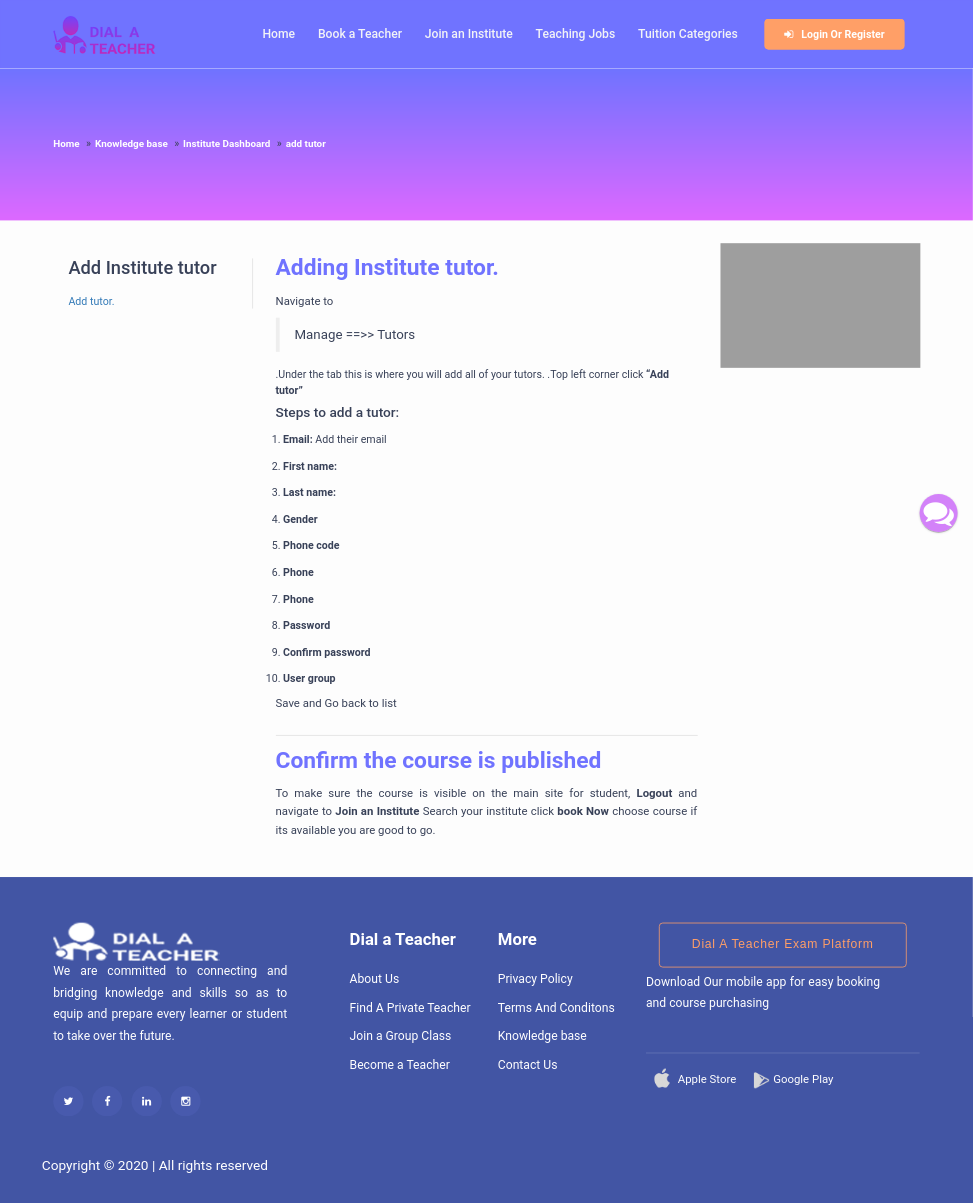
Repository: Samkiroko/DAT_knowledge
Page: knowledge_base/add_institute_tutor.html
An editor plug-in stored every save of this project. The page is shown before and after the next save, followed by the edit.
The browser window is 1280 px wide. The pictures show the whole page, at 76% of full size.
Pictures or frames that could not be fetched are drawn as grey boxes.

Above is the page before, as saved 2020-12-18 12:36:39.
Console error: TypeError: e.indexOf is not a function

### knowledge_base/add_institute_tutor.html
<!DOCTYPE html>
<html lang="en" dir="ltr">


  <!-- Mirrored from dialateacher.co.ke/faqs by HTTrack Website Copier/3.x [XR&CO'2014], Sat, 12 Dec 2020 12:13:42 GMT -->
  <!-- Added by HTTrack -->
  <meta http-equiv="content-type" content="text/html;charset=UTF-8" /><!-- /Added by HTTrack -->

  <head>
    <title>
      Dial a Teacher</title>
    <meta charset="utf-8">
    <meta http-equiv="X-UA-Compatible" content="IE=edge">
    <meta name="viewport" content="width=device-width, initial-scale=1">

    <meta name="description" content="Test Meta Description Value">

    <meta name="keywords" content="Test Meta Keyword Value ">
    <meta name="author" content="">
    <link rel="shortcut icon" href="/assets/uploads/settings/thumbs/setting_152.png" />



    <!-- HTML5 Shim and Respond.js IE8 support of HTML5 elements and media queries -->
    <!-- WARNING: Respond.js doesn't work if you view the page via file:// -->
    <!--[if lt IE 9]>
           <script src="https://oss.maxcdn.com/libs/html5shiv/3.7.0/html5shiv.js"></script>
           <script src="https://oss.maxcdn.com/libs/respond.js/1.4.2/respond.min.js"></script>
       <![endif]-->

    <link rel="shortcut icon" href="/assets/uploads/settings/thumbs/setting_152.png" />

    <link rel="stylesheet" type="text/css" href="/assets/front/css/main.css">



  </head>

  <body>
    <!-- Preloader -->
    <!-- <div id="preloader">
        <div id="status">&nbsp;</div>
    </div> -->
    <!-- Ends Preloader -->
    <!-- Nagigation -->
    <nav class="navbar navbar-default yamm">
      <div class="container">
        <!-- Brand and toggle get grouped for better mobile display -->
        <div class="navbar-header">
          <button type="button" class="navbar-toggle" data-toggle="collapse" data-target="#mega-nav-menu">
            <span class="sr-only">Toggle navigation</span>
            <span class="icon-bar"></span>
            <span class="icon-bar"></span>
            <span class="icon-bar"></span>
          </button>

          <a href="index.html"><img src="/assets/uploads/settings/setting_35.png" class="logo " alt="logo"></a>
        </div>

        <!-- Collect the nav links, mega-menu, vertical-menu and other content for toggling -->
        <div class="collapse navbar-collapse" id="mega-nav-menu">
          <ul class="nav navbar-nav navbar-right">
            <li><a class="" href="index.html"> Home </a></li>

            <li><a class="" href="search-tutor.html"> Book a Teacher </a></li>

            <li><a class="" href="search-institute.html"> Join an Institute </a></li>

            <li><a class="" href="search-student-leads.html" title="Find Student Leads"> Teaching Jobs </a>
            </li>



            <li><a class="" href="courses.html"> Tuition Categories</a></li>


            <li>
              <a href="auth/login.html"> <span class="nav-btn"> <i class="fa  fa-sign-in"></i> &nbsp;
                  Login <span class="hidden-navbtn">Or Register</span></span>
              </a>
            </li>

          </ul>
        </div>
        <!-- /.navbar-collapse -->
      </div>
    </nav>
    <!-- Ends Navigation -->
    <!-- breadcrumb Start-->
    <!-- slider Area Start-->
    <section class="slider-area slider-area2">
      <div class="slider-active">
        <!-- Single Slider -->
        <div class="single-slider slider-height2">
          <div class="container">
            <div class="row">
              <div class="col-xl-8 col-lg-11 col-md-12">
                <div class="hero__caption hero__caption2">
                  <!-- breadcrumb Start-->
                  <nav aria-label="breadcrumb">
                    <ol class="breadcrumb">
                      <li class="breadcrumb-item text-white">
                        <a href="/index.html" class="text-white">
                          Home
                        </a>
                      </li>
                      <li class="breadcrumb-item"><a href="/faqs.html" class="text-white">Knowledge base</a></li>
                      <li class="breadcrumb-item"><a href="/knowledge_base/instDashboard.html"
                          class="text-white">Institute
                          Dashboard</a>
                      </li>
                      <li class="breadcrumb-item"><a href="/knowledge_base/add_institute_tutor.html"
                          class="text-white">add tutor</a>
                      </li>
                    </ol>
                  </nav>
                  <!-- breadcrumb End -->
                </div>
              </div>
            </div>
          </div>
        </div>
      </div>
    </section>
    <!-- breadcrumb End -->
    <!--===============================
   !--=====================================
=            article-section            =
======================================-->
    <div class="mwb-article-section section mt-5" id="article-section">
      <div class="container">
        <div class="mwb-article-section__wrapper">
          <div class="row">
            <div class="col-lg-3 col-md-3 col-sm-3 col-xs-12 position-sticky">
              <div class="mwb-admin-wrap__category-list">
                <h3>Add Institute tutor</h3>
                <ul class="mwb-admin-wrap__list-items">
                  <li class="mwb-admin-wrap__items">
                    <a href="#sec1">Add tutor.</a>
                  </li>

                </ul>
              </div>
            </div>
            <div class="col-lg-6 col-md-6 col-sm-6 col-xs-12">

              <div class="mwb-article-section__content-wrap" id="sec1">

                <div class="mwb-article-section__content-wrap" id="sec2">
                  <h2>Adding Institute tutor.</h2>
                  <p>Navigate to
                  <blockquote>
                    Manage ==>> Tutors
                  </blockquote>.Under the tab this is where you will add all of your tutors.
                  .Top left corner click <b><q>Add tutor</q></b></p>
                  <h4>Steps to add a tutor:</h4>
                  <ol class="mwb-article-section__ordr-list">
                    <li> <b>Email:</b> Add their email</li>

                    <li><b>First name:</b></li>
                    <li> <b>Last name:</b></li>
                    <li><b>Gender</b></li>
                    <li><b>Phone code</b></li>
                    <li><b>Phone</b></li>
                    <li><b>Phone</b></li>
                    <li><b>Password</b></li>
                    <li><b>Confirm password</b></li>
                    <li><b>User group</b></li>
                  </ol>
                  <p>Save and Go back to list</p>
                </div>
                <div class="mwb-article-section__content-wrap" id="sec3">
                  <h2>Confirm the course is published</h2>
                  <p>To make sure the course is visible on the main site for student,
                    <b>Logout</b> and navigate to <b>Join an Institute</b> Search your institute click <b>book
                      Now</b> choose course if its available you are good to go.
                  </p>
                </div>
              </div>
            </div>
            <div class="col-lg-3 col-md-3 col-sm-3 col-xs-12" id="myScrollspy">
              <div class="dist-menu-tab-fix">
                <div class="holder">
                  <div style="position: relative; padding-bottom: 62.5%; height: 0;"><iframe
                      src="https://www.loom.com/embed/127dbdd8785840569e74e864511ae5f3" frameborder="0"
                      webkitallowfullscreen mozallowfullscreen allowfullscreen
                      style="position: absolute; top: 0; left: 0; width: 100%; height: 100%;"></iframe></div>
                </div>

                <div class="modal fade" id="videoModal" tabindex="-1" role="dialog" aria-labelledby="videoModal"
                  aria-hidden="true">
                  <div class="modal-dialog modal-lg" role="document">
                    <div class="modal-content">
                      <button type="button" class="close btn-round btn-primary" data-dismiss="modal" aria-label="Close">
                        <span aria-hidden="true">&times;</span>
                      </button>
                      <div class="embed-responsive embed-responsive-16by9">
                        <iframe class="embed-responsive-item" src="" allowfullscreen></iframe>
                      </div>
                    </div>
                  </div>
                </div>
              </div>
            </div>
          </div>
        </div>
      </div>
    </div>
    <!--====  End of article-section  ====-->
    <!-- Footer -->
    <footer>
      <div class="footer-wrappper footer-bg">
        <!-- Footer Start-->
        <div class="footer-area footer-padding">
          <div class="container">
            <div class="row justify-content-between">
              <div class="col-xl-3 col-lg-4 col-md-3 col-sm-5">
                <div class="single-footer-caption mb-50">
                  <div class="single-footer-caption mb-30">
                    <!-- logo -->
                    <div class="footer-logo mb-25">
                      <a href="index.html"><img src="assets/front/images/logo/logo2_footer.png" alt=""></a>
                    </div>
                    <div class="footer-tittle">
                      <div class="footer-pera">
                        <p>We are committed to connecting and bridging knowledge and
                          skills so as to equip and prepare every learner or student to
                          take
                          over the future.</p>
                      </div>
                    </div>
                    <!-- social -->
                    <div class="footer-social">
                      <a href="#"><i class="fa fa-twitter"></i></a>
                      <a href="#"><i class="fa fa-facebook-f"></i></a>
                      <a href="#"><i class="fa fa-linkedin"></i></a>
                      <a href="#"><i class="fa fa-instagram"></i></a>
                    </div>
                  </div>
                </div>
              </div>
              <div class="col-xl-1 col-lg-2 col-md-2 col-sm-3">
                <div class="single-footer-caption mb-50">
                  <div class="footer-tittle">
                    <h4>Dial a Teacher</h4>
                    <ul>
                      <li><a href="about-us.html">About Us</a></li>
                      <li><a href="search-tutor.html">Find A Private Teacher</a></li>
                      <li><a href="search-institute.html">Join a Group Class</a></li>
                      <li><a href="auth/login.html">Become a Teacher</a></li>
                    </ul>
                  </div>
                </div>
              </div>
              <div class="col-xl-1 col-lg-2 col-md-3 col-sm-3">
                <div class="single-footer-caption mb-50">
                  <div class="footer-tittle">
                    <h4>More</h4>
                    <ul>
                      <li><a href="home/terms-and-conditions.html">Privacy Policy</a></li>
                      <li><a href="home/terms-and-conditions.html">Terms And Conditons</a>
                      </li>
                      <li><a href="faqs.html">Knowledge base</a></li>
                      <li><a href="contact-us.html">Contact Us</a></li>
                    </ul>
                  </div>
                </div>
              </div>
              <div class="col-xl-2 col-lg-4 col-md-4 col-sm-6">
                <div class="single-footer-caption mb-50">
                  <div class="single-footer-caption mb-30">
                    <div class="row justify-content-start">
                      <div class="col-xl-12">
                        <div class="section-tittle text-center mt-20">
                          <a href="https://exam.dialateacher.co.ke/" class="border-btn">Dial A
                            Teacher Exam platform</a>
                        </div>
                      </div>
                    </div>
                    <div class="footer-tittle">
                      <div class="footer-pera text-center">
                        <p>Download Our mobile app for easy booking and course purchasing
                        </p>
                      </div>
                    </div>
                    <!-- social -->
                    <div class="footer-appdownload">
                      <hr class="footer-hr hidden-xs">
                      <a href="https://itunes.apple.com/in/genre/ios/id36?mt=8" target="_blank"><img
                          src="assets/front/images/icn-istore.png" alt="IOS app link"> Apple Store</a>

                      <a href="https://play.google.com/store?hl=en" target="_blank"><img
                          src="assets/front/images/icn-playstore.png" alt="Android app link">Google Play</a>
                    </div>
                  </div>
                </div>
              </div>
            </div>
          </div>
        </div>
        <!-- footer-bottom area -->
        <div class="footer-bottom-area">
          <div class="container">
            <div class="footer-border">
              <div class="row d-flex align-items-center">
                <div class="col-xl-12 ">
                  <div class="footer-copy-right text-center">
                    <p>
                      Copyright &copy;
                      <script>document.write(new Date().getFullYear());</script> | All rights
                      reserved
                    </p>
                  </div>
                </div>
              </div>
            </div>
          </div>
        </div>
        <!-- Footer End-->
      </div>
    </footer>
    <!-- Ends Footer -->


    <!-- Scroll Up -->
    <div class="form-box " id="myDIV">
      <h2 class="login-header"><i class="far fa-comment-dots icon"></i>Support Center</h2>
      <div class="test">
        <form class="formInput">
          <div>
            <input type="text" required id="test">
            <label class="inputLabel">Name</label>
          </div>

          <div>
            <input type="text" id="numberText" required>
            <label class="inputLabel">Mobile No.</label>
          </div>
          <div>
            <input type="text" required>
            <label class="inputLabel">Message</label>
          </div>
          <div>
            <input type="file" id="inputFile" required><label id="labelFile" for="inputFile">
              <i class="far fa-file-image" id="iconPhoto"></i>Choose a Photo</label>
          </div>

          <p id="legal">Will get back to you within 24hr. Have a good one. </p>
          <input type="submit" value="Send" id="submitButt" class="active">
        </form>
      </div>
      <div class="footer"></div>
    </div>
    <button class="floating-btn" onclick="myFunction()">
      <i class="fa fa-comments"></i>
    </button>
    <script src="https://ajax.googleapis.com/ajax/libs/jquery/3.4.1/jquery.min.js"></script>
    <script>
      $('#submitButt').click(function () {
        $(this).toggleClass('active');
      });
      $(function () {
        $("#test").focus();
      });
      document.querySelector('.floating-btn').addEventListener('click', function (e) {
        e.target.closest('button').classList.toggle('clicked');
      });

      function myFunction() {
        var x = document.getElementById("myDIV");
        console.log(x);
        console.log(x.classList.contains('open'));
        if (x.classList.contains('open')) {
          x.classList.remove("open");
        } else {
          x.classList.add("open");
          document.getElementById("test").focus();

        }
      }
    </script>
    <!-- Scroll Up end -->




    <!-- Script files -->
    <script src="assets/front/js/jquery.js"></script>

    <link rel="stylesheet" href="assets/front/css/jquery-ui.css">
    <script src="assets/front/js/jquery-ui.js"></script>
    <script>
      $(function () {
        $(".custom_accordion").accordion({
          heightStyle: "content"
        });
      });
    </script>




    <!--Bootstrap Page-->
    <script src="assets/front/js/bootstrap.min.js"></script>
    <!--Profile Page-->
    <script src="/assets/front/js/marquee.js"></script>
    <script src="/assets/front/js/videod.js"></script>
    <script type="text/javascript" src="assets/front/js/flatpickr.min.js"></script>

    <script type="text/javascript" src="assets/front/js/select2.min.js"></script>
    <script type="text/javascript" src="assets/front/js/owl.carousel.min.js"></script>
    <script type="text/javascript" src="assets/front/js/jRate.min.js"></script>
    <script type="text/javascript" src="assets/front/js/jquery.magnific-popup.js"></script>
    <script type="text/javascript" src="assets/front/js/jquery.smartmenus.js"></script>
    <script type="text/javascript" src="assets/front/js/jquery.smartmenus.bootstrap.js"></script>
    <script type="text/javascript" src="assets/front/js/flexgrid.js"></script>
    <script type="text/javascript" src="assets/front/js/countUp.js"></script>
    <script type="text/javascript" src="assets/front/js/jquery.dataTables.min.js"></script>
    <!-- Custom Script -->
    <script type="text/javascript" src="assets/front/js/main.js"></script>

    <!--Gallery-->
    <script type="text/javascript" src="assets/front/js/fileinput.min.js"></script>


    <!--COntact us page-->
    <!--script type="text/javascript" src="https://maps.googleapis.com/maps/api/js?key=AIzaSyC-h5q6y2eBfFV5X7QV6Z5mrFFU2s97XJs&sensor=false"></script>
<script>
$(document).ready(function () {
    "use strict";

    function e() {
        var e = {
                center: a,
                zoom: 10,
                /*scrollwheel:!0*/
                scrollwheel: false,
                mapTypeId: google.maps.MapTypeId.ROADMAP,
                styles: [{
                    featureType: "landscape",
                    stylers: [{
                        hue: "#FFBB00"
                }, {
                        saturation: 43.400000000000006
                }, {
                        lightness: 37.599999999999994
                }, {
                        gamma: 1
                }]
            }, {
                    featureType: "road.highway",
                    stylers: [{
                        hue: "#FFC200"
                }, {
                        saturation: -61.8
                }, {
                        lightness: 45.599999999999994
                }, {
                        gamma: 1
                }]
            }, {
                    featureType: "road.arterial",
                    stylers: [{
                        hue: "#FF0300"
                }, {
                        saturation: -100
                }, {
                        lightness: 51.19999999999999
                }, {
                        gamma: 1
                }]
            }, {
                    featureType: "road.local",
                    stylers: [{
                        hue: "#FF0300"
                }, {
                        saturation: -100
                }, {
                        lightness: 52
                }, {
                        gamma: 1
                }]
            }, {
                    featureType: "water",
                    stylers: [{
                        hue: "#0078FF"
                }, {
                        saturation: -13.200000000000003
                }, {
                        lightness: 2.4000000000000057
                }, {
                        gamma: 1
                }]
            }, {
                    featureType: "poi",
                    stylers: [{
                        hue: "#00FF6A"
                }, {
                        saturation: -1.0989010989011234
                }, {
                        lightness: 11.200000000000017
                }, {
                        gamma: 1
                }]
            }]

            },
            t = new google.maps.Map(document.getElementById("tutors_map"), e),
            s = {
                url: "assets/front/images/logo_google_map.png"
            },
            o = new google.maps.Marker({
                position: a,
                map: t,
                icon: s,
                animation: google.maps.Animation.BOUNCE
            });
        o.setMap(t);
        var n = new google.maps.InfoWindow({
            content: "<strong>Westland, peponi Rd <br> Westlands, Nairobi 00606</strong>"
        });
        google.maps.event.addListener(o, "click", function () {
            n.open(t, o)
        })
    }
    var a;
    a = new google.maps.LatLng("17.4459764", "78.38607860000002"), google.maps.event.addDomListener(window, "load", e), a = new google.maps.LatLng("17.4459764", "78.38607860000002")
});
</script-->


    <script>
      $(function () {
        $(".stu-certificate").attr("target", "_blank");
      });
    </script>


  </body>


  <!-- Mirrored from dialateacher.co.ke/faqs by HTTrack Website Copier/3.x [XR&CO'2014], Sat, 12 Dec 2020 12:13:42 GMT -->

</html>

### assets/front/css/main.css
@import url('font-awesome.min.css');
@import url('bootstrap.min.css');
@import url('select2.min.css');
@import url('owl.carousel.min.css');
@import url('owl.theme.default.min.css');
@import url('magnific-popup.css');
@import url('jquery.smartmenus.bootstrap.css');
@import url('jquery.dataTables.min.css');
@import url('flatpickr.min.css');
@import url('sateesh-style.css');
@import url('video-js.css');
@import url('colorbox.css');
@import url('sateesh-bootstrap.min.css');
@import url('sateesh-new-style.css');
@import url('document.css');

Loaded but not shown: assets/front/css/font-awesome.min.css (library); assets/front/css/bootstrap.min.css (library); assets/front/css/select2.min.css (library); assets/front/css/owl.carousel.min.css (library); assets/front/css/owl.theme.default.min.css (common file); assets/front/css/magnific-popup.css (library); assets/front/css/jquery.smartmenus.bootstrap.css (library); assets/front/css/jquery.dataTables.min.css (library); assets/front/css/flatpickr.min.css (library); assets/front/css/sateesh-bootstrap.min.css (library); assets/front/css/jquery-ui.css (library); assets/front/js/jquery-ui.js (library); assets/front/js/bootstrap.min.js (library); assets/front/js/marquee.js (library); assets/front/js/flatpickr.min.js (library); assets/front/js/select2.min.js (library); assets/front/js/owl.carousel.min.js (library); assets/front/js/jRate.min.js (library); assets/front/js/jquery.magnific-popup.js (library); assets/front/js/jquery.smartmenus.js (library); assets/front/js/jquery.smartmenus.bootstrap.js (library); assets/front/js/flexgrid.js (library); assets/front/js/jquery.dataTables.min.js (library); assets/front/js/fileinput.min.js (library); assets/front/js/main.js (358 lines, source omitted); assets/front/js/countUp.js (196 lines, source omitted); assets/front/js/videod.js (17 lines, source omitted); assets/front/css/sateesh-new-style.css (7945 lines, source omitted); assets/front/css/sateesh-style.css (7940 lines, source omitted); assets/front/css/video-js.css (1400 lines, source omitted); assets/front/css/document.css (1314 lines, source omitted); assets/front/css/colorbox.css (75 lines, source omitted); assets/front/images/footer-bg.html (54 lines, source omitted); assets/front/js/jquery.js (no copy from this time; the picture is the same without it)

After the next save:
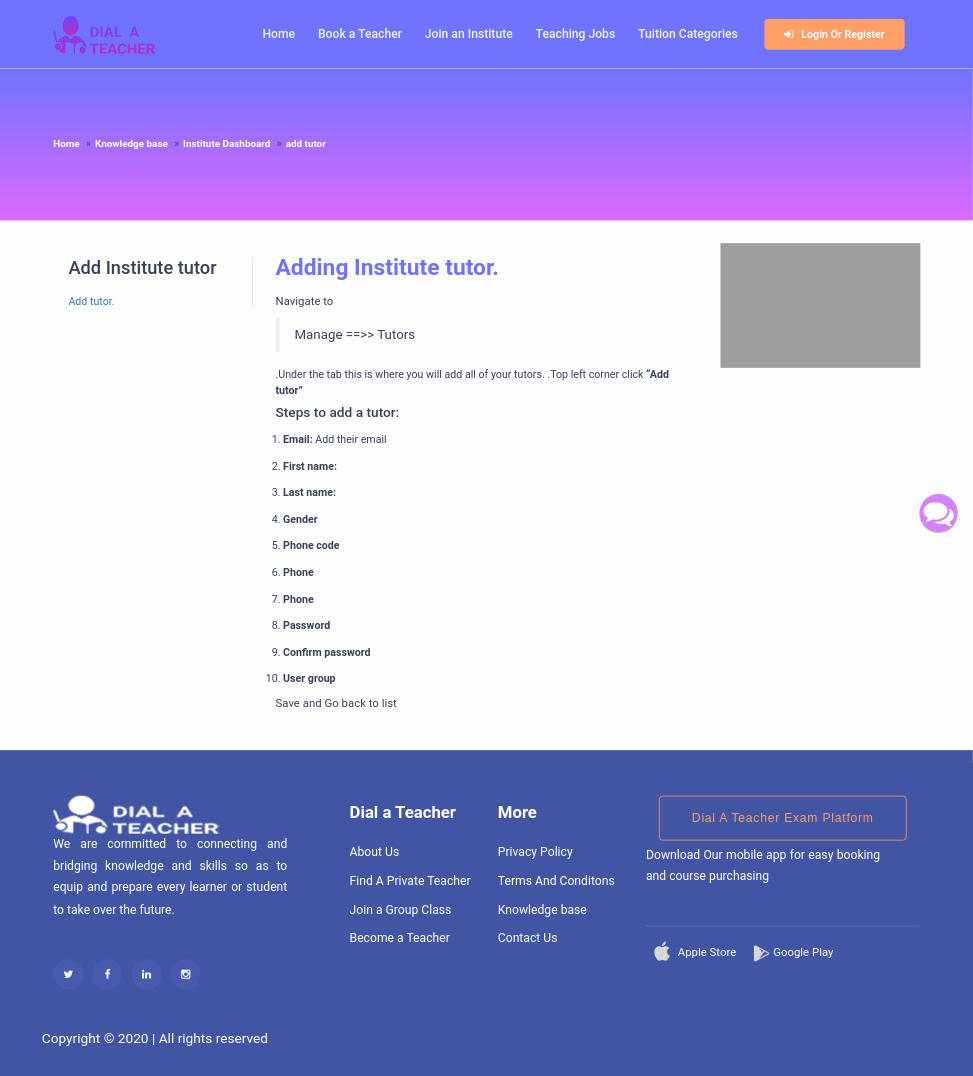
Saved 27 s later.
--- a/knowledge_base/add_institute_tutor.html
+++ b/knowledge_base/add_institute_tutor.html
@@ -169,13 +169,6 @@
                   </ol>
                   <p>Save and Go back to list</p>
                 </div>
-                <div class="mwb-article-section__content-wrap" id="sec3">
-                  <h2>Confirm the course is published</h2>
-                  <p>To make sure the course is visible on the main site for student,
-                    <b>Logout</b> and navigate to <b>Join an Institute</b> Search your institute click <b>book
-                      Now</b> choose course if its available you are good to go.
-                  </p>
-                </div>
               </div>
             </div>
             <div class="col-lg-3 col-md-3 col-sm-3 col-xs-12" id="myScrollspy">
